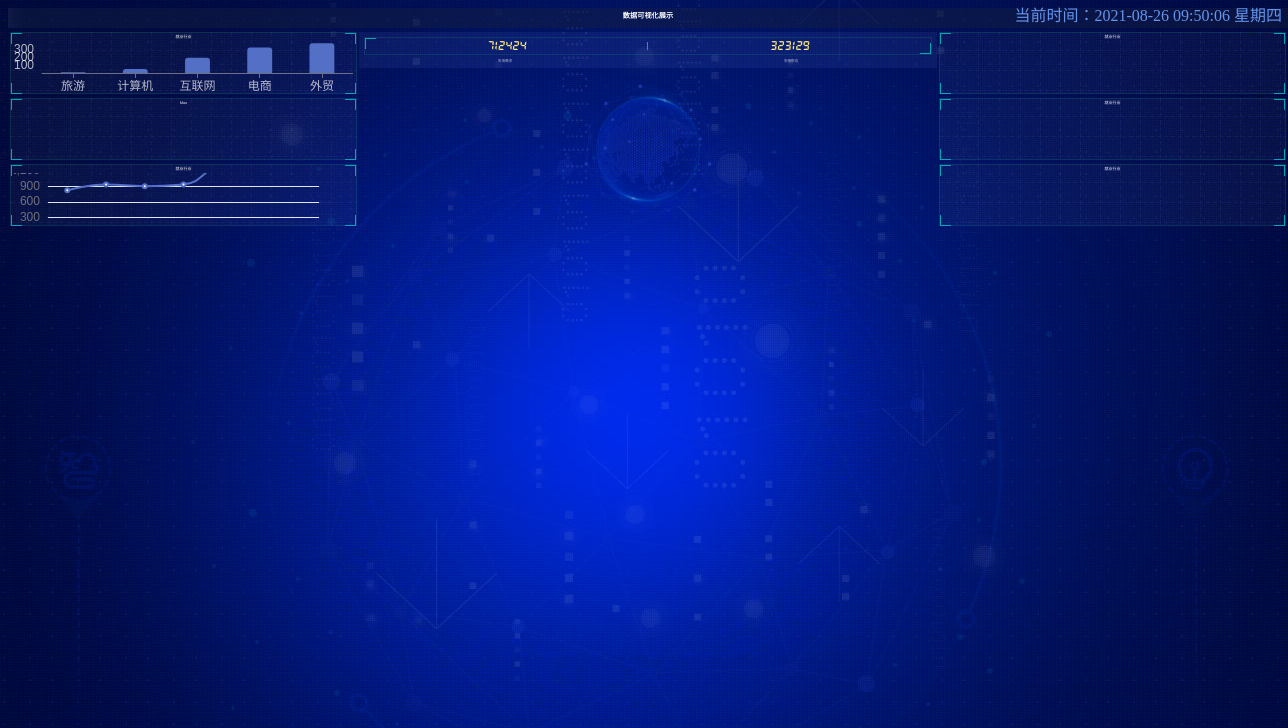
Repository: jiang-1990/DataVM
Page: /
These files come from the project's save history. The page is drawn as it stood at one moment and after the next save; the edit follows.
The browser window is 1280 px wide. The page is 1288 px wide, so the pictures cover 1288 px, including what lies to the right of the window. The pictures show the whole page.
The project was rebuilt for these pictures with package versions that can differ from the ones it lists, and the page was loaded fresh each time.

Above is the page before, as saved 2021-08-27 11:15:16.

After the next save:
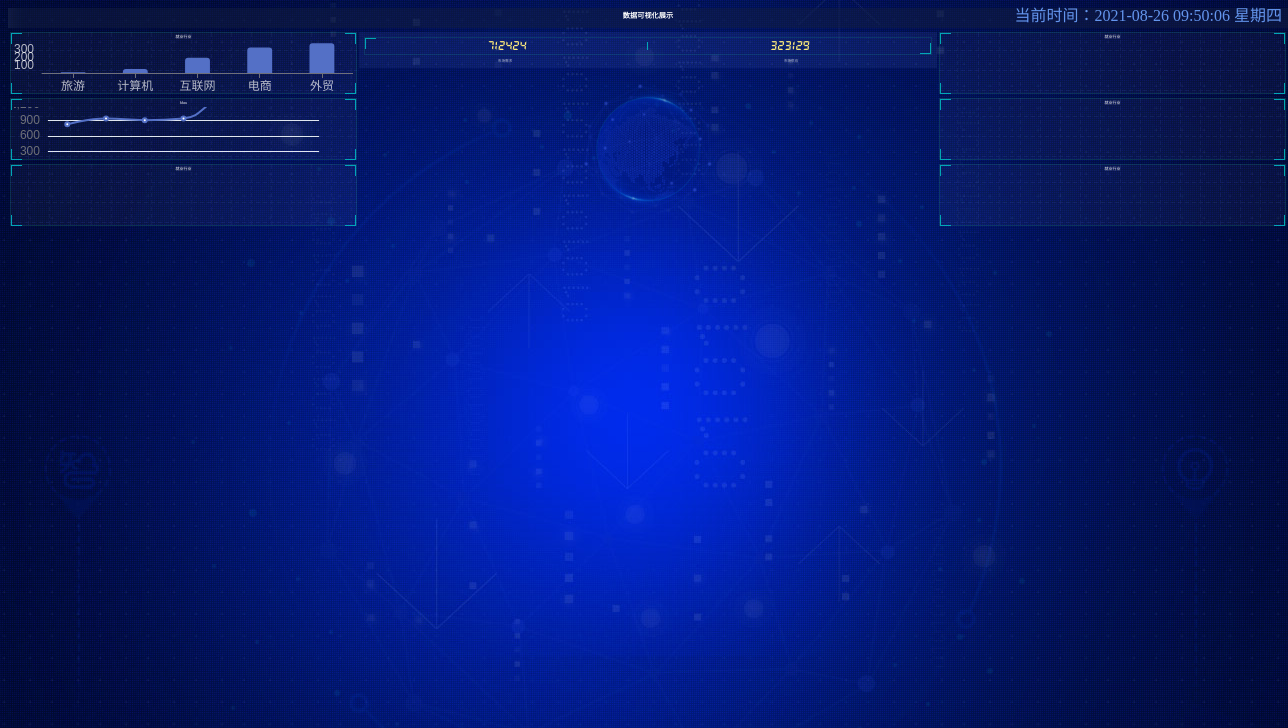
Saved 25 s later.
--- a/src/components/bigScreen.vue
+++ b/src/components/bigScreen.vue
@@ -14,13 +14,13 @@
 
         <div class="panl line">
           <h2>hhas</h2>
-          <div class="chart"></div>
+          <div class="chart" id="line_l"></div>
           <div class="zhuanjiao"></div>
         </div>
 
         <div class="panl pie">
           <h2>就业行业</h2>
-          <div class="chart" id="line_l"></div>
+          <div class="chart"></div>
           <div class="zhuanjiao"></div>
         </div>
       </div>
